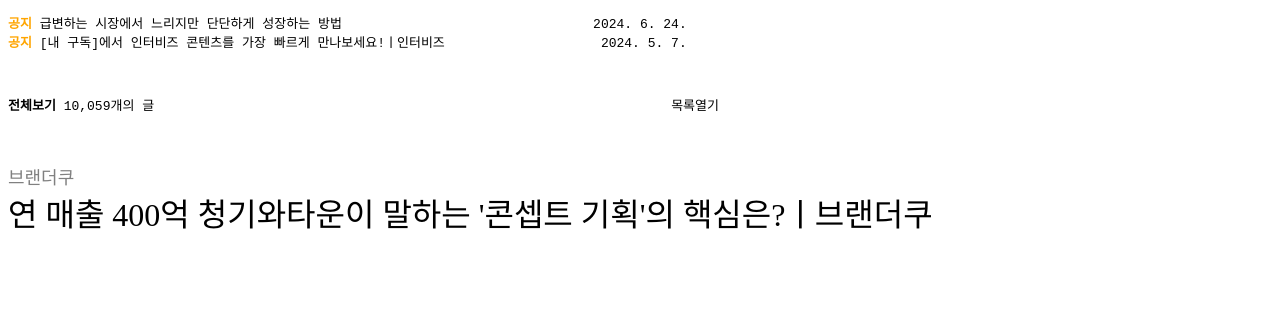
Repository: msgggg1/webPro
Page: webPro/src/main/webapp/html/days02/ex11.html
An editor plug-in stored every save of this project. The page is shown before and after the next save, followed by the edit.
The browser window is 1280 px wide. The pictures show the whole page.

Above is the page before, as saved 2025-04-22 14:52:30.

After the next save:
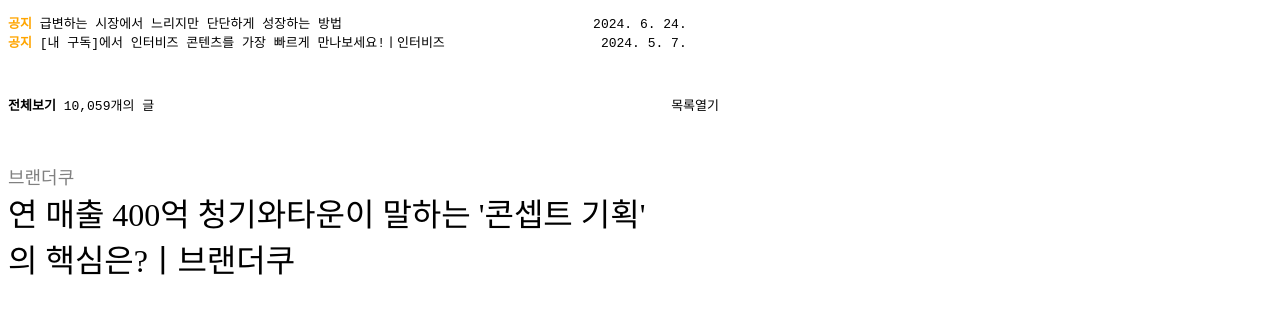
Saved 21 s later.
--- a/webPro/src/main/webapp/html/days02/ex11.html
+++ b/webPro/src/main/webapp/html/days02/ex11.html
@@ -38,7 +38,7 @@
 <br>
 <font size="4" color="gray"><a href="">브랜더쿠</a></font>
 <br>
-<font size="6">연 매출 400억 청기와타운이 말하는 '콘셉트 기획'의 핵심은?ㅣ브랜더쿠</font>
+<font size="6">연 매출 400억 청기와타운이 말하는 '콘셉트 기획'<br>의 핵심은?ㅣ브랜더쿠</font>
 
 
 </body>
